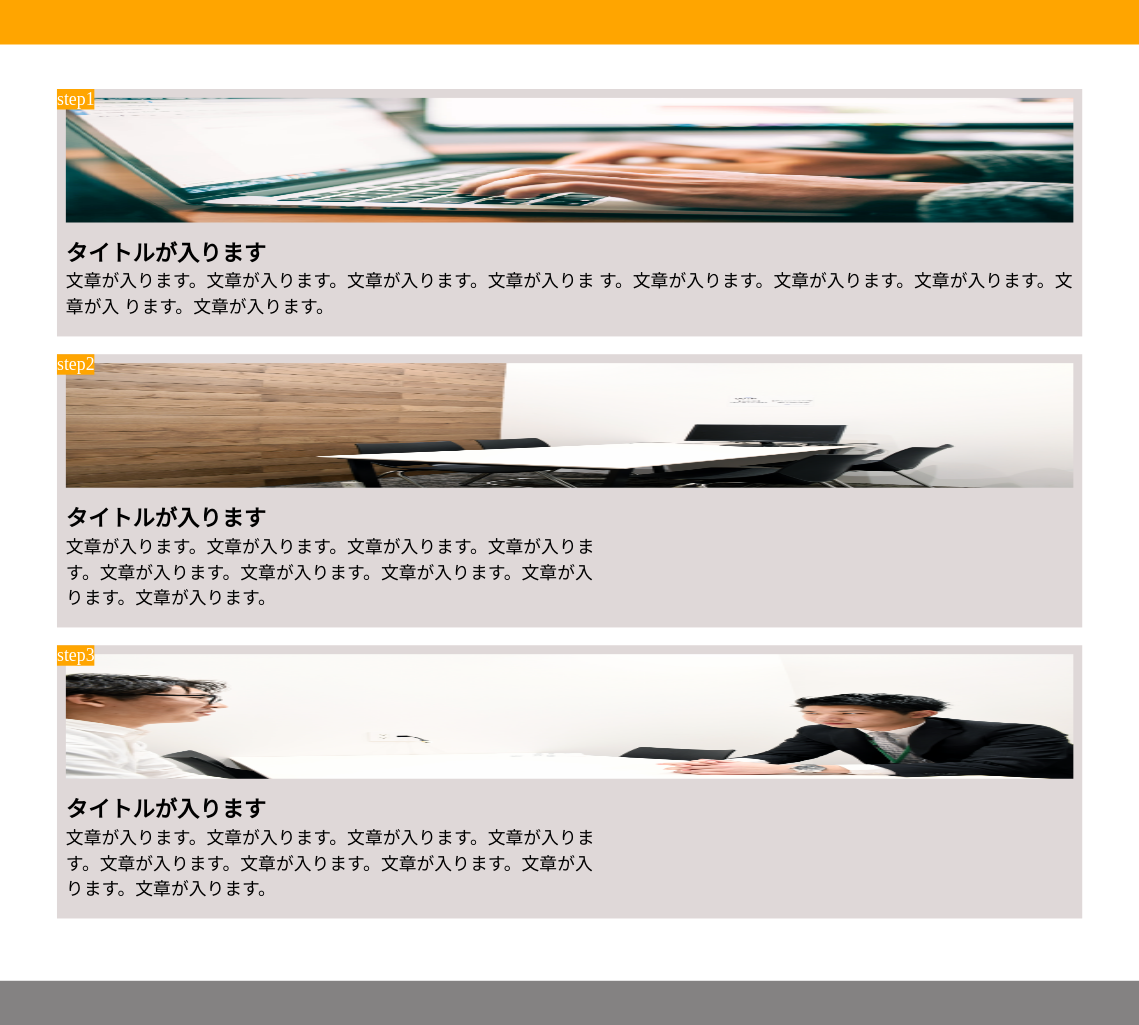
Repository: ishidaryu/ishidaryu
Page: HW/HW.html
The author's editor kept a record of every edit. The page is drawn from the files as they stood at one moment, then again after the next edit.
The browser window is 1280 px wide. The pictures show the whole page, at 89% of full size.

Above is the page before.

After the next edit:
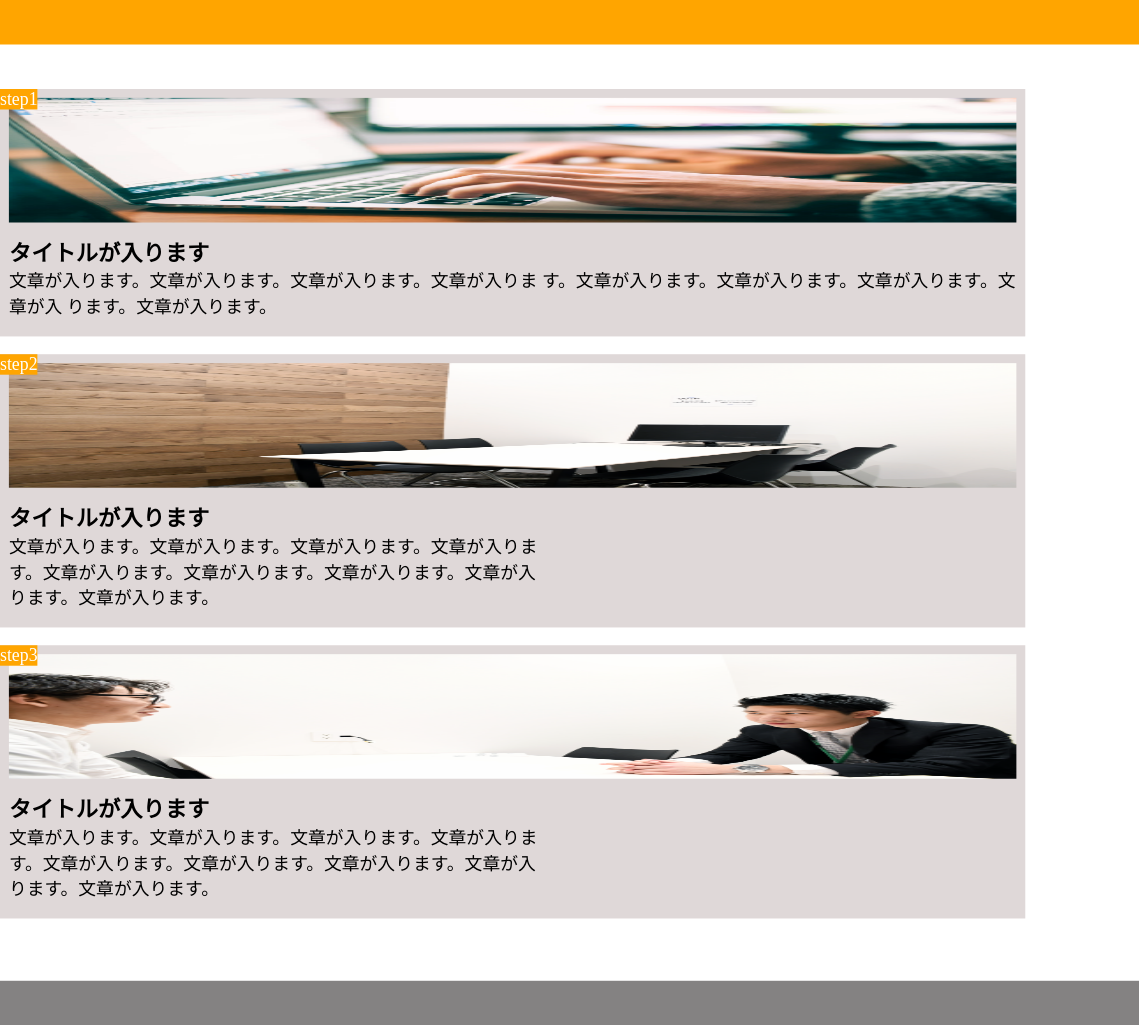
The edit:
--- a/HW/HW.css
+++ b/HW/HW.css
@@ -19,7 +19,7 @@
 
 main {
   width: 100%;
-  display: flex;
+  /* display: flex; */
   justify-content: center;
   margin: 0 auto;
   padding: 50px 0;

After the 2 edits that followed:
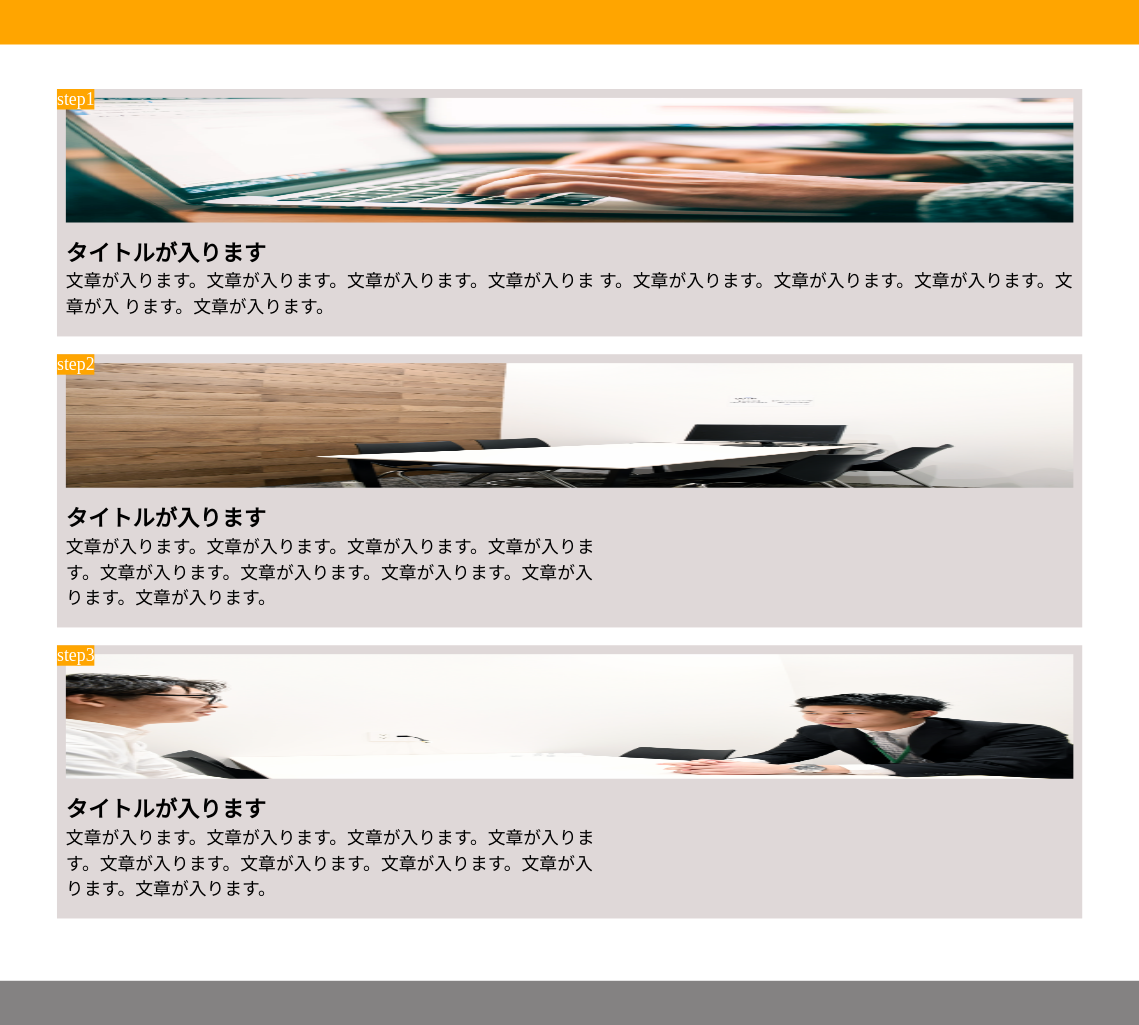
The 2 edits are shown as one change because 1 left the picture as it was.
The edit:
--- a/HW/HW.css
+++ b/HW/HW.css
@@ -19,7 +19,7 @@
 
 main {
   width: 100%;
-  /* display: flex; */
+  display: flex;
   justify-content: center;
   margin: 0 auto;
   padding: 50px 0;
@@ -27,7 +27,7 @@
 
 .blog {
   width: 90%;
-  display: flex;
+   display: flex;
 }
 
 
